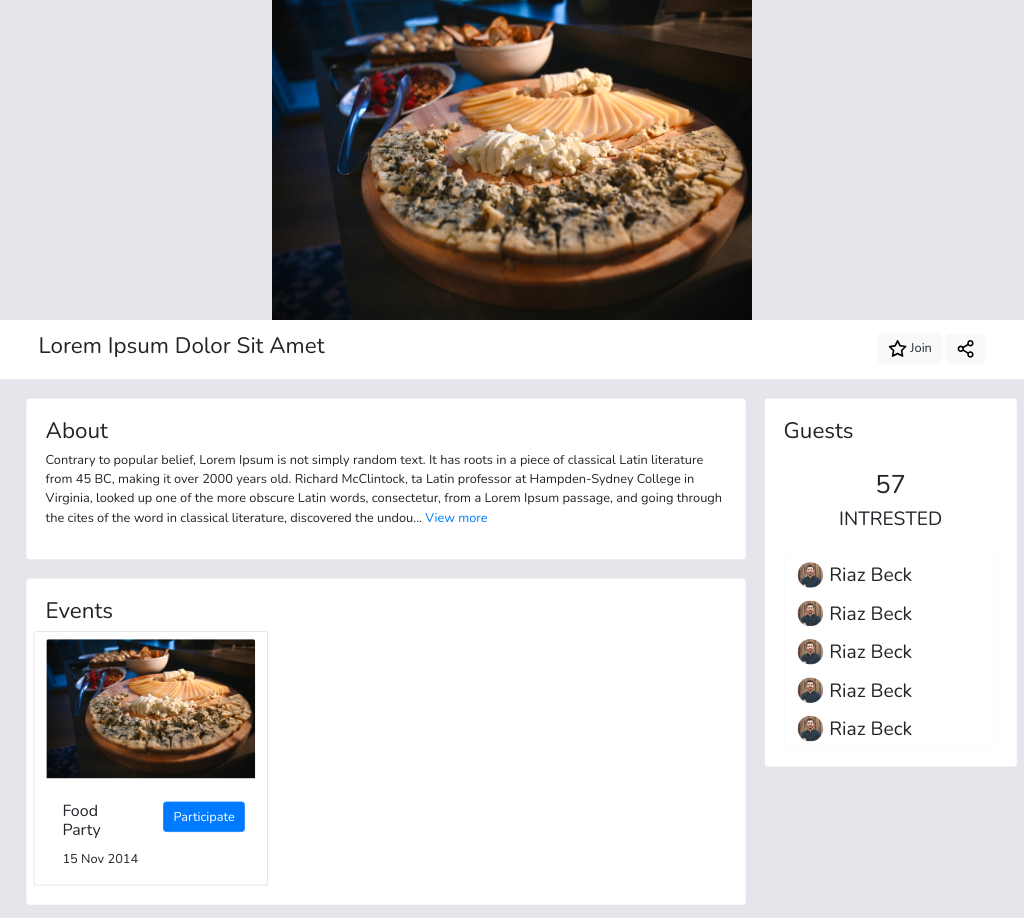
Repository: iamrachid/ensaevents
Page: club.html
These files come from the project's save history. The page is drawn as it stood at one moment and after the next save; the edit follows.
The browser window is 1280 px wide. The pictures show the whole page, at 80% of full size.

Above is the page before, as saved 2021-11-25 19:25:27.

After the next save:
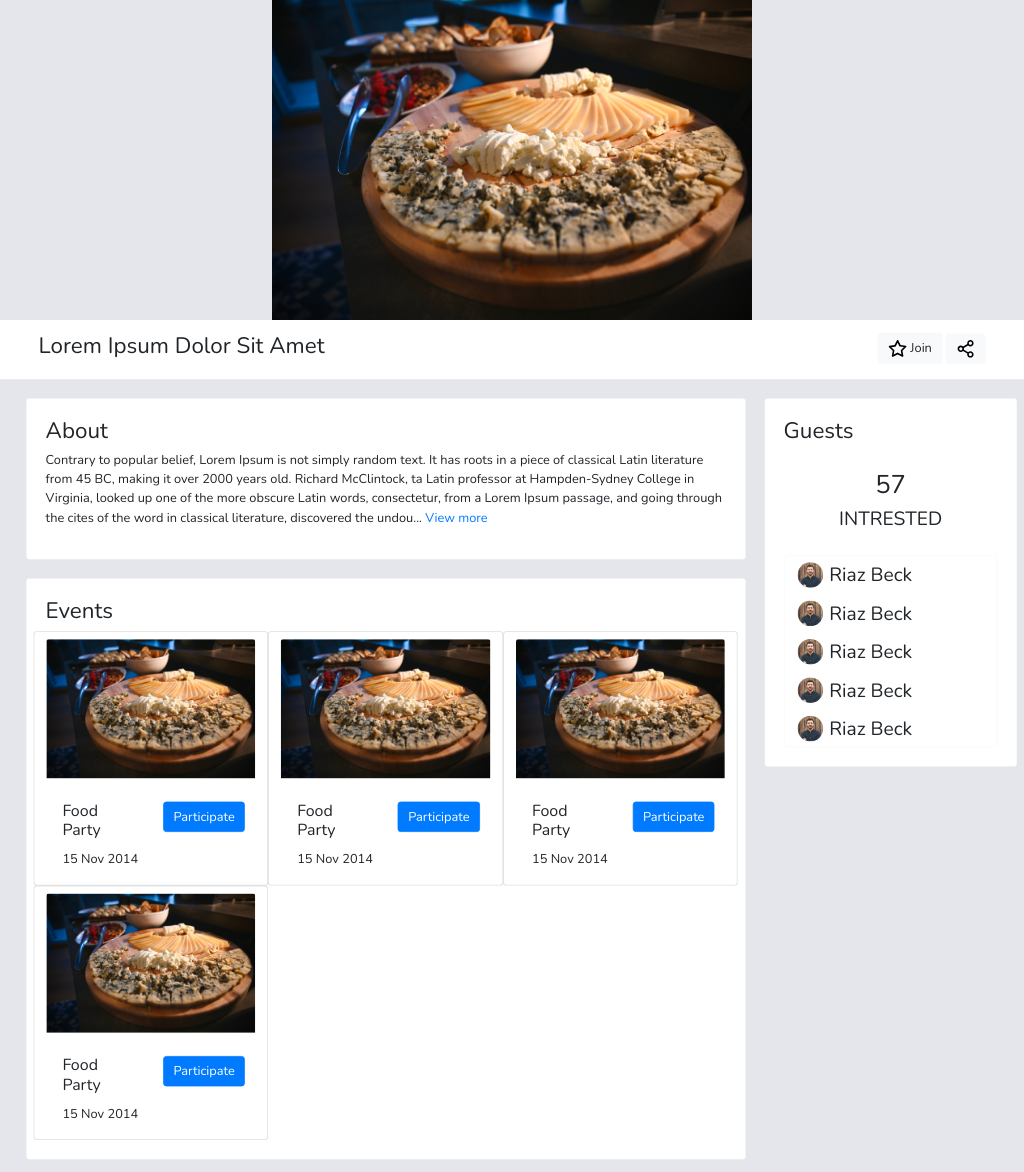
Saved 13 s later.
--- a/club.html
+++ b/club.html
@@ -108,7 +108,48 @@
                     <h3>Events</h3>
                     <div class="row">
                         <div class="card rounded col-12 col-sm-6 col-md-4">
-
+                            <div class="card-img-box">
+                                <img class="card-img-top" src="assets/img/card-1.jpg" alt="Card image cap">
+                            </div>
+                            <div class="card-body row">
+                                <div class="col-6">
+                                    <h5 class="card-title">Food Party</h5>
+                                    <p class="card-text">15 Nov 2014</p>
+                                </div>
+                                <div class="col-6 text-right">
+                                    <a href="#" class="btn btn-primary">Participate</a>
+                                </div>
+                            </div>
+                        </div>
+                        <div class="card rounded col-12 col-sm-6 col-md-4">
+                            <div class="card-img-box">
+                                <img class="card-img-top" src="assets/img/card-1.jpg" alt="Card image cap">
+                            </div>
+                            <div class="card-body row">
+                                <div class="col-6">
+                                    <h5 class="card-title">Food Party</h5>
+                                    <p class="card-text">15 Nov 2014</p>
+                                </div>
+                                <div class="col-6 text-right">
+                                    <a href="#" class="btn btn-primary">Participate</a>
+                                </div>
+                            </div>
+                        </div>
+                        <div class="card rounded col-12 col-sm-6 col-md-4">
+                            <div class="card-img-box">
+                                <img class="card-img-top" src="assets/img/card-1.jpg" alt="Card image cap">
+                            </div>
+                            <div class="card-body row">
+                                <div class="col-6">
+                                    <h5 class="card-title">Food Party</h5>
+                                    <p class="card-text">15 Nov 2014</p>
+                                </div>
+                                <div class="col-6 text-right">
+                                    <a href="#" class="btn btn-primary">Participate</a>
+                                </div>
+                            </div>
+                        </div>
+                        <div class="card rounded col-12 col-sm-6 col-md-4">
                             <div class="card-img-box">
                                 <img class="card-img-top" src="assets/img/card-1.jpg" alt="Card image cap">
                             </div>
